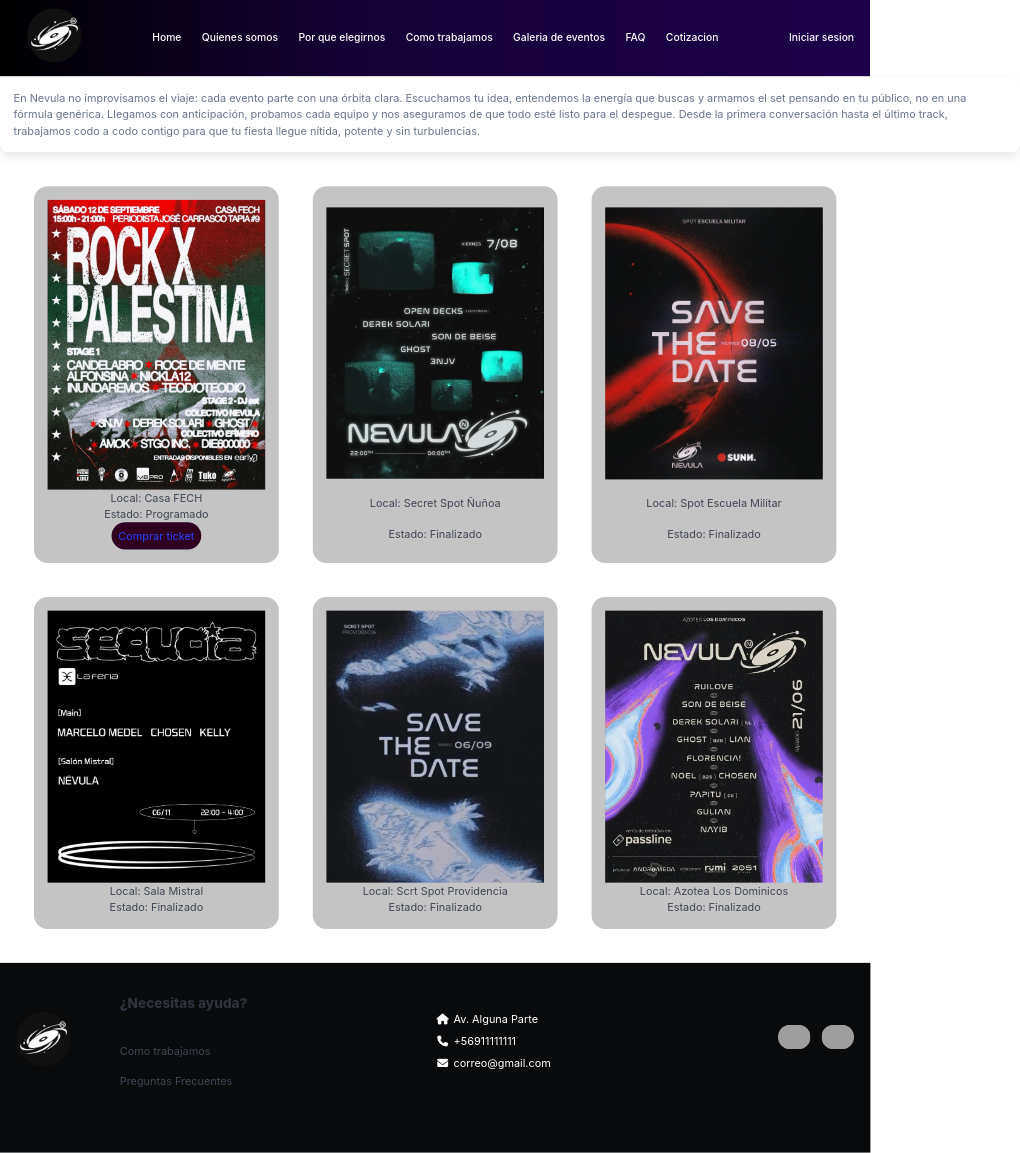
Repository: ChrisMalhue/PaginaNebula
Page: pages/eventos.html
An editor plug-in stored every save of this project. The page is shown before and after the next save, followed by the edit.
The browser window is 1280 px wide. The page is 1500 px wide, then 1280 px, so the pictures cover 1500 px, including what lies to the right of the window. The pictures show the whole page, at 68% of full size.
Pictures or frames that could not be fetched are drawn as grey boxes.

Above is the page before, as saved 2026-09-09 21:58:54.

After the next save:
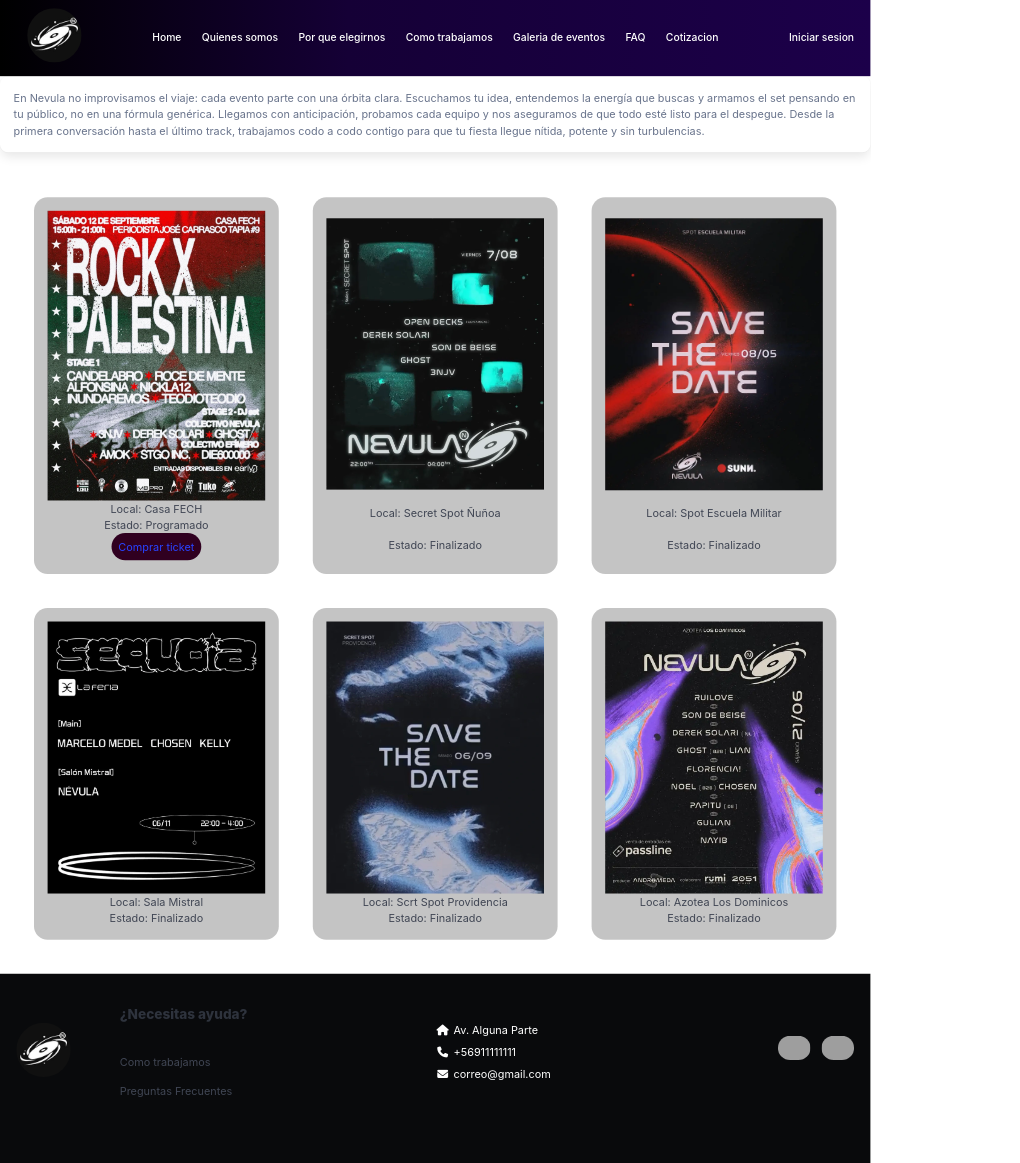
Saved 114 s later.
--- a/styles/style.css
+++ b/styles/style.css
@@ -194,7 +194,7 @@
   width: 1500px;
 }
 
-.trabajamos{
+#trabajamos{
   display: flex;
   align-items: center;
   justify-content: center;
